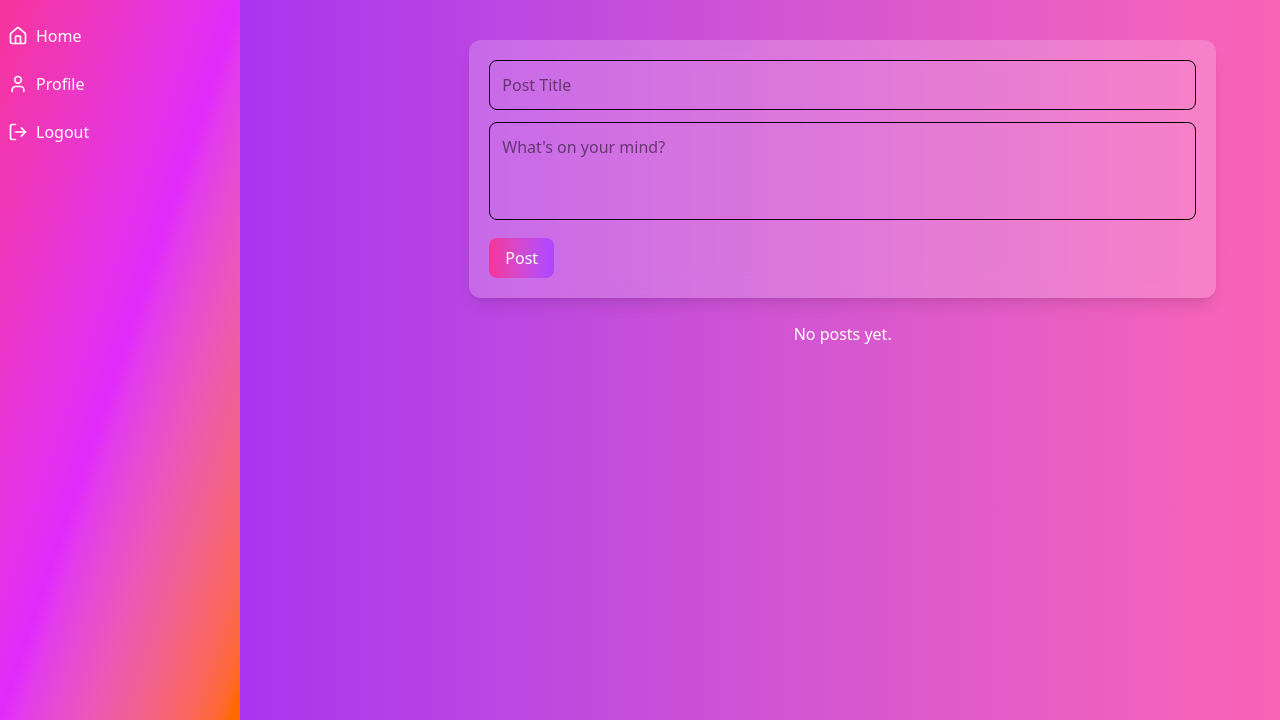
Repository: Tushal27/LinkdPlus-Frontend
Page: /Posts
An editor plug-in stored every save of this project. The page is shown before and after the next save, followed by the edit.
The browser window is 1280 px wide. The pictures show the whole page.
The page's requests for data from a server got no answer. The project was rebuilt for these pictures with package versions that can differ from the ones it lists, and the page was loaded fresh each time. No one was signed in, and anything a server would have sent is missing. Also part of the build but not shown: vite.config.js, src/pages/Login.jsx, src/pages/Register.jsx, src/components/Navbar.jsx, src/components/Features.jsx, src/components/AboutUs.jsx, src/pages/HomePage.jsx, src/components/CommentsDrawer.jsx and 3 more.

Above is the page before, as saved 2025-08-05 08:46:57.

### index.html
<!doctype html>
<html lang="en">
  <head>
    <meta charset="UTF-8" />
    <link rel="icon" type="image/svg+xml" href="//chit.svg" />
    <meta name="viewport" content="width=device-width, initial-scale=1.0" />
    <title>LinkdPlus</title>
  </head>
  <body>
    <div id="root"></div>
    <script type="module" src="/src/main.jsx"></script>
  </body>
</html>

### src/main.jsx
import { createRoot } from 'react-dom/client'
import AuthProvider from './context/AuthProvider'
import { BrowserRouter } from'react-router-dom'
import './index.css'
import App from './App.jsx'

createRoot(document.getElementById('root')).render(
    <BrowserRouter>
      <AuthProvider>
        <App />
      </AuthProvider>
    </BrowserRouter>
)

### src/context/AuthProvider.jsx
import { useEffect, useState } from "react";
import {jwtDecode} from "jwt-decode";
import api from "../api/axios";
import AuthContext from "./AuthContext";

export default function AuthProvider({ children }) {
  const [user, setUser] = useState(null);

  const Login = async (email, password) => {
    try {
      const res = await api.post("/login/", { email, password });
      localStorage.setItem("access", res.data.access);
      localStorage.setItem("refresh", res.data.refresh);
      setUser({ email });
      return true;
    } catch (err) {
      console.log(err);
      return false;
    }
  };

  const Register = async (email, password, re_password, first_name, last_name) => {
    try {
      await api.post("/register/", { email, password, re_password, first_name, last_name });
      await Login(email, password); // Auto login
      return true;
    } catch (err) {
      return err.response?.data || { detail: "Something went wrong" };
    }
  };

  const Logout = () => {
    localStorage.removeItem("access");
    localStorage.removeItem("refresh");
    setUser(null);
  };

  // 🔹 Auto Refresh Token Function
  const refreshAccessToken = async () => {
    try {
      const refresh = localStorage.getItem("refresh");
      if (!refresh) return Logout();

      const res = await api.post("/token/refresh/", { refresh });
      localStorage.setItem("access", res.data.access);
    } catch (err) {
      console.log("Failed to refresh token:", err);
      Logout();
    }
  };

  // 🔹 Check every 4 minutes (or before expiry)
  useEffect(() => {
    const interval = setInterval(() => {
      const access = localStorage.getItem("access");
      if (!access) return;

      try {
        const decoded = jwtDecode(access);
        if (decoded.exp * 1000 < Date.now() + 60000) {
          refreshAccessToken();
        }
      } catch {
        refreshAccessToken();
      }
    }, 4 * 60 * 1000); // every 4 mins

    return () => clearInterval(interval);
  }, []);

  return (
    <AuthContext.Provider value={{ user, Login, Register, Logout }}>
      {children}
    </AuthContext.Provider>
  );
}

### src/index.css
@import  "tailwindcss";

.body{
    margin : 0;
    padding : 0;
    height : 100%;
    box-sizing: border-box;
}
.bg-gradient{
   @apply bg-gradient-to-r from-blue-500 via-purple-500 to-pink-500;
}
.input-box{
    @apply w-full p-2 border mb-3 rounded;
}
.flex-center{
    @apply flex justify-center items-center;
}
.button-main{
    @apply text-white rounded-md ring text-2xl px-2 mx-2 focus:ring-blue-500;
}
.h1-main{
    @apply text-2xl sm:text-4xl  md:text-5xl lg:text-7xl
}

### src/App.jsx
import { Routes,Route } from "react-router-dom";
import Login from "./pages/Login";
import Register from "./pages/Register";
import HomePage from "./pages/HomePage";
import Profile from "./pages/Profile";
import Posts from "./pages/Posts";
import EditProfile from "./pages/EditProfile";
import Features from "./components/Features";
import AboutUs from "./components/AboutUs";
export default function App() {
  return (<>
      <Routes>
        <Route path="/" element={ <HomePage />}/>
        <Route path="/Features" element={<Features/>} />
        <Route path="/About-Us" element={<AboutUs/>} />
        <Route path="/login" element={<Login/>} />
        <Route path="/Register" element={<Register/>} />
        <Route path="/Posts" element={<Posts/>} />
        <Route path="/Profile" element={<Profile/>} />
        <Route path="/Edit-Profile" element={<EditProfile/>} />

      </Routes>
      </>
  );
}

### src/api/axios.js
import axios from "axios";

const api = axios.create({
    baseURL: 'https://linkdplus-backen.onrender.com/api',
});

api.interceptors.request.use(
    (config) => {
        const token = localStorage.getItem("access");
        console.log("token");
        console.log(token);
        if (token) {
            config.headers.Authorization = `Bearer ${token}`;
        }
        return config;
    },
    (error) => Promise.reject(error)
);

export default api;

### src/context/authcontext.js
import { createContext } from "react";
export const AuthContext = createContext();

export default AuthContext;

### src/pages/Posts.jsx
import React, { useEffect, useState } from "react";
import api from "../api/axios";
import { ClipLoader } from "react-spinners";
import PostCard from "../components/PostCard";
import CommentsDrawer from "../components/CommentsDrawer";
import Layout from "./Layout";
export default function Posts() {
  const [posts, setPosts] = useState([]);
  const [profile, setProfile] = useState(null);
  const [loading, setLoading] = useState(true);
  const [newTitle, setNewTitle] = useState("");
  const [newPost, setNewPost] = useState("");
  const [selectedPost, setSelectedPost] = useState(null); // ✅ Track which post comments are open

  useEffect(() => {
    const fetchData = async () => {
      try {
        const resProfile = await api.get("/profile/");
        setProfile(resProfile.data);
        const resPosts = await api.get("/posts/");
        setPosts(resPosts.data);
      } catch (err) {
        console.error("Error fetching data:", err);
      } finally {
        setLoading(false);
      }
    };
    fetchData();
  }, []);

  const handleCreatePost = async () => {
    if (!newTitle.trim() || !newPost.trim()) return;
    try {
      const res = await api.post("/posts/", { title: newTitle, content: newPost });
      setPosts((prev) => [res.data, ...prev]);
      setNewTitle("");
      setNewPost("");
    } catch (err) {
      console.error("Failed to create post:", err);
    }
  };

  const handleLike = async (id) => {
    try {
      const res = await api.post(`/posts/${id}/like/`);
      setPosts((prev) =>
        prev.map((p) =>
          p.id === id ? { ...p, likes_count: res.data.likes_count, dislikes_count: res.data.dislikes_count } : p
        )
      );
    } catch (err) {
      console.error(err);
    }
  };

  const handleDislike = async (id) => {
    try {
      const res = await api.post(`/posts/${id}/dislike/`);
      setPosts((prev) =>
        prev.map((p) =>
          p.id === id ? { ...p, likes_count: res.data.likes_count, dislikes_count: res.data.dislikes_count } : p
        )
      );
    } catch (err) {
      console.error(err);
    }
  };

  return (
    <Layout>
    <div className="min-h-screen  bg-gradient-to-r from-purple-600 to-pink-400 p-10 flex justify-center">
      <div className="flex flex-col md:flex-row gap-8 w-full max-w-6xl">

        {/* Left Profile */}
        <div className="hidden md:block w-1/3">
          {profile && (
            <div className="bg-white/20 backdrop-blur-md p-5 rounded-xl shadow-lg text-center">
              <img
                src={`https://linkdplus-backen.onrender.com${profile.avatar}`}
                alt="Avatar"
                className="w-24 h-24 rounded-full mx-auto mb-3 border-4 border-white shadow-lg"
              />
              <h2 className="text-xl font-bold text-white">
                {profile.first_name} {profile.last_name}
              </h2>
              <p className="text-gray-200 mb-4">{profile.bio || "No bio yet"}</p>
              <p className="text-gray-100 font-semibold">{profile.posts.length} Posts</p>
            </div>
          )}
        </div>

        {/* Posts Section */}
        <div className="w-full md:w-2/3">
          {/* Create Post */}
          <div className="bg-white/20 backdrop-blur-md p-5 rounded-xl shadow-lg mb-6">
            <input
              type="text"
              value={newTitle}
              onChange={(e) => setNewTitle(e.target.value)}
              placeholder="Post Title"
              className="w-full border rounded-lg p-3 mb-3 focus:ring focus:ring-purple-400 outline-none"
            />
            <textarea
              value={newPost}
              onChange={(e) => setNewPost(e.target.value)}
              placeholder="What's on your mind?"
              className="w-full border rounded-lg p-3 resize-none mb-3 focus:ring focus:ring-purple-400 outline-none"
              rows="3"
            />
            <button
              onClick={handleCreatePost}
              className="bg-gradient-to-r from-pink-500 to-purple-500 text-white px-4 py-2 rounded-lg hover:opacity-90 transition"
            >
              Post
            </button>
          </div>

          {/* Posts */}
          {loading ? (
            <div className="flex justify-center items-center">
              <ClipLoader size={50} color="#fff" />
            </div>
          ) : posts.length > 0 ? (
            posts.map((post) => (
              <PostCard
                key={post.id}
                post={post}
                handleLike={handleLike}
                handleDislike={handleDislike}
                setSelectedPost={setSelectedPost} // ✅ pass function
              />
            ))
          ) : (
            <p className="text-center text-white">No posts yet.</p>
          )}
        </div>
      </div>

      {/* ✅ Single Comment Drawer */}
      {selectedPost && (
        <CommentsDrawer
          postId={selectedPost}
          onClose={() => setSelectedPost(null)} // ✅ close drawer
        />
      )}
    </div>
    </Layout>
  );
}

### src/pages/Layout.jsx
import React from "react";
import Sidebar from "./Sidebar";

export default function Layout({ children }) {
  return (
    <div className="flex min-h-screen bg-gradient-to-br from-gray-50 to-gray-200">
      <Sidebar />
      <div className="flex-1 ">{children}</div>
    </div>
  );
}

### src/pages/Sidebar.jsx
import React from 'react';
import { Home, User, Plus, LogOut } from 'lucide-react';
import { Link, useNavigate } from 'react-router-dom';
import AuthContext from '../context/AuthContext';

export default function Sidebar() {
  const { Logout } = React.useContext(AuthContext);
  const navigate = useNavigate();

  const handleLogout = () => {
    Logout();
    navigate('/');
  };

  return (
    <div className="fixed bottom-0 w-full lg:top-0 lg:bottom-auto lg:left-0 lg:h-screen lg:w-60 bg-gradient-to-br from-pink-500 via-fuchsia-500 to-orange-500 text-white z-50 flex lg:flex-col justify-around lg:justify-start items-center lg:items-start p-2 lg:py-6 space-x-4 lg:space-x-0 lg:space-y-6">

      <Link to="/" className="flex items-center gap-2 hover:opacity-80 transition">
        <Home size={20} />
        <span className="hidden lg:block text-md font-medium">Home</span>
      </Link>

      <Link to="/profile" className="flex items-center gap-2 hover:opacity-80 transition">
        <User size={20} />
        <span className="hidden lg:block text-md font-medium">Profile</span>
      </Link>



      <button
        onClick={handleLogout}
        className="flex items-center gap-2 hover:opacity-80 transition"
      >
        <LogOut size={20} />
        <span className="hidden lg:block text-md font-medium">Logout</span>
      </button>

    </div>
  );
}

After the next save:
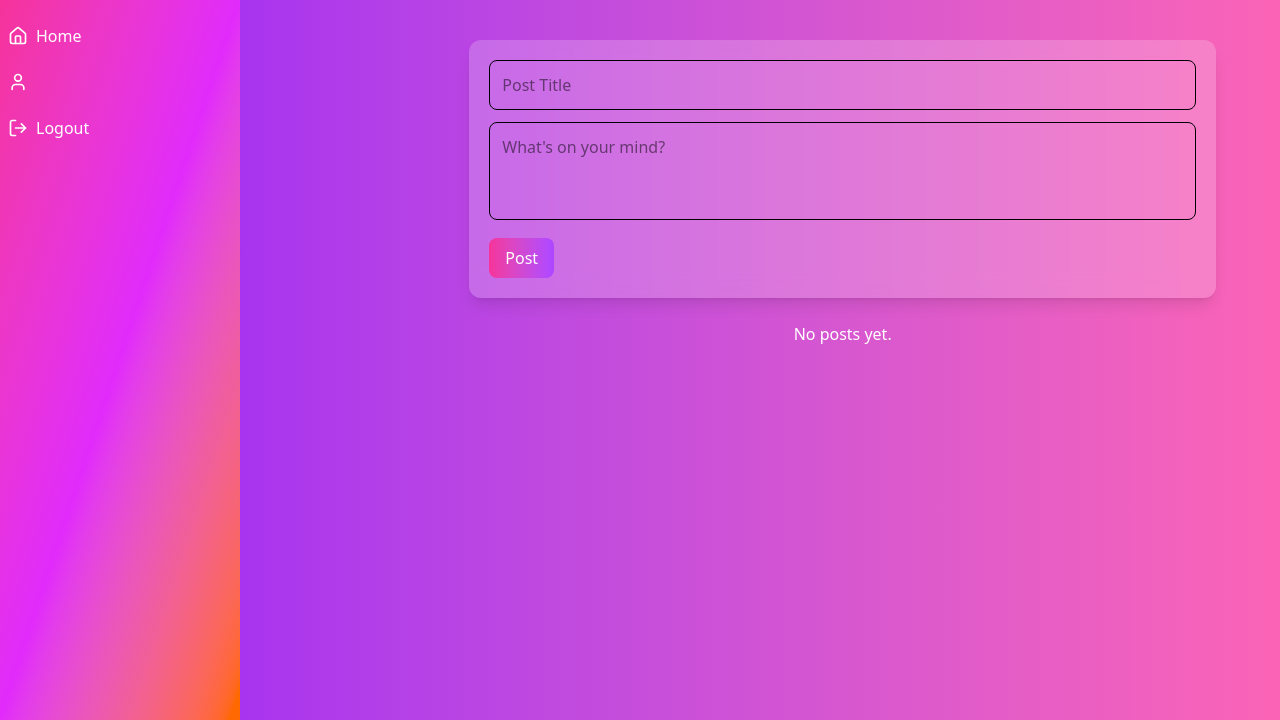
Saved 52 s later.
--- a/src/pages/Sidebar.jsx
+++ b/src/pages/Sidebar.jsx
@@ -22,7 +22,7 @@ export default function Sidebar() {
 
       <Link to="/profile" className="flex items-center gap-2 hover:opacity-80 transition">
         <User size={20} />
-        <span className="hidden lg:block text-md font-medium">Profile</span>
+        <span className="hidden :block text-md font-medium">Profile</span>
       </Link>
 
 
